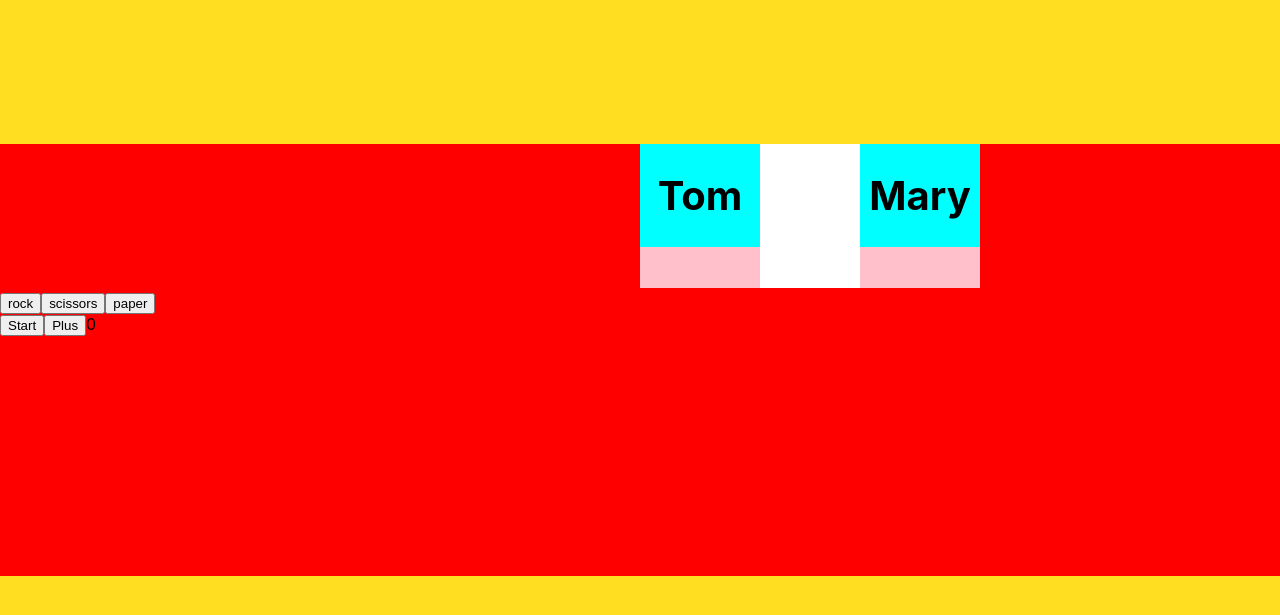
Repository: K009/Rock-Paper-Scissors
Page: /
The author's editor kept a copy of each file at every save. The page is drawn from the files as they stood at one save, then again after a run of saves.
The browser window is 1280 px wide. The pictures show the whole page.
The project was rebuilt for these pictures with package versions that can differ from the ones it lists, and the page was loaded fresh each time.

Above is the page before, as saved 2020-05-13 09:09:58.

### src/App.js
import React, { Component } from "react";
import "./App.css";
import Player from "./components/Player";

const weapon = ["rock", "paper", "scissors"];

class App extends Component {
  constructor() {
    super();
    this.state = {
      playerOne: weapon[0],
      playerTwo: weapon[0],
      winner: "",
    };
    this.state = { counter: 0 };
  }

  startGame = () => {
    let counter = 0;
    let gameInterval = setInterval(() => {
      //to make a delay
      counter++;
      console.log(counter);
      this.setState({
        playerTwo: weapon[Math.floor(Math.random() * weapon.length)],
        winner: "",
      });
      if (counter > 5) {
        clearInterval(gameInterval);
        this.setState({
          winner: this.selectWinner(),
        });
      }
    }, 100);
  };

  selectWinner = () => {
    const { playerOne, playerTwo } = this.state;
    console.log("Player One: " + playerOne + "Player Two: " + playerTwo);
    if (playerOne === playerTwo) {
      console.log("It's a tie");
      return "It's a tie";
    } else if (
      (playerOne === "rock" && playerTwo === "scissors") ||
      (playerOne === "paper" && playerTwo === "rock") ||
      (playerOne === "scissors" && playerTwo === "paper")
    ) {
      return "Player one wins!";
    } else {
      return "Player two wins!";
    }
  };

  selectWeapon = (weapon) => {
    //in argument it gets a value that is going to be set for playerOne
    this.setState({
      playerOne: weapon, //here it gets changed
      winner: "", //winner without any changes - still ""
    });
  };

  increment() {
    this.setState({
      counter: this.state.counter + 1,
    });
  }

  render() {
    const { playerOne, playerTwo, winner } = this.state;
    return (
      <div className="App">
        <div className="Header" />
        <div className="Main-part">
          <div className="Players">
            <Player playerName="Tom" weapon={playerOne} />
            <div className="break"> </div>
            <Player playerName="Mary" weapon={playerTwo} />
          </div>
          <div>
            <button
              className="weapon"
              onClick={() => this.selectWeapon("rock")}
            >
              rock
            </button>
            <button
              className="weapon"
              onClick={() => this.selectWeapon("scissors")}
            >
              scissors
            </button>
            <button
              className="weapon"
              onClick={() => this.selectWeapon("paper")}
            >
              paper
            </button>
          </div>
          <div className="winner">{winner ? this.selectWinner() : null}</div>
          <button className="start" onClick={this.startGame}>
            Start
          </button>
          <button onClick={this.increment.bind(this)}>Plus</button>
          <output>{this.state.counter}</output>
        </div>
        <footer />
      </div>
    );
  }
}

export default App;

### src/App.css
.Header {
  min-height: 20vh;
  text-align: center;
  justify-content: space-around;
  background-color: #ffde22;
  display: flex;
  flex-wrap: wrap;
}

.Main-part {
  background-color: red;
  min-height: 60vh;
}

.Players {
  background-color: pink;
  text-align: center;
  display: inline-block;
  margin-left: 50%;
}

.break {
  width: 100px;
  min-height: 20vh;
  background-color: white;
  float: left;
}

footer {
  min-height: 20vh;
  background-color: #ffde22;
  width: 100%;
  position: absolute;
  left: 0;
  bottom: 0;
}

### src/components/Player.js
import React from "react";
import style from "./player.module.css";

const Player = ({ playerName }) => {
  return (
    <div className={style.player}>
      <h1>{playerName}</h1>
    </div>
  );
};

export default Player;

### src/components/player.module.css
.player {
  background-color: aqua;
  font-size: 20px;
  text-align: center;
  width: 120px;
  float: left;
}

Loaded but not shown: public/index.html (common file); src/index.js (common file); src/index.css (common file); src/serviceWorker.js (common file)

After the next 2 saves:
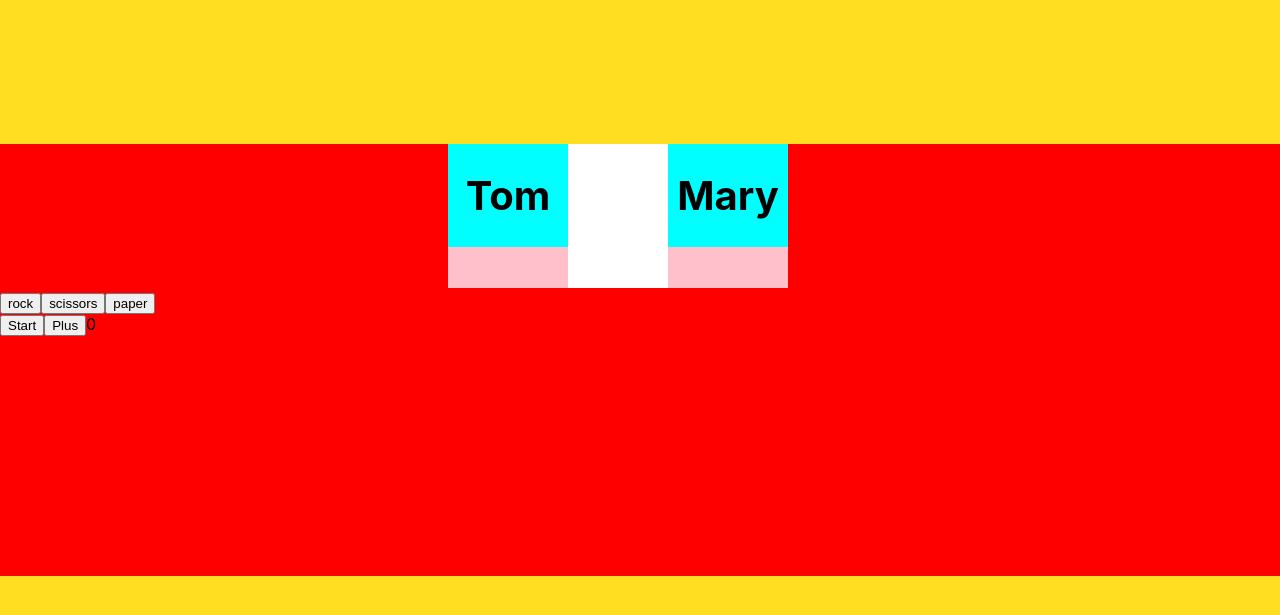
The 2 saves are shown as one change because they came seconds apart.
The last was saved 8 s later.
--- a/src/App.css
+++ b/src/App.css
@@ -16,7 +16,7 @@
   background-color: pink;
   text-align: center;
   display: inline-block;
-  margin-left: 50%;
+  margin-left: 35%;
 }
 
 .break {
